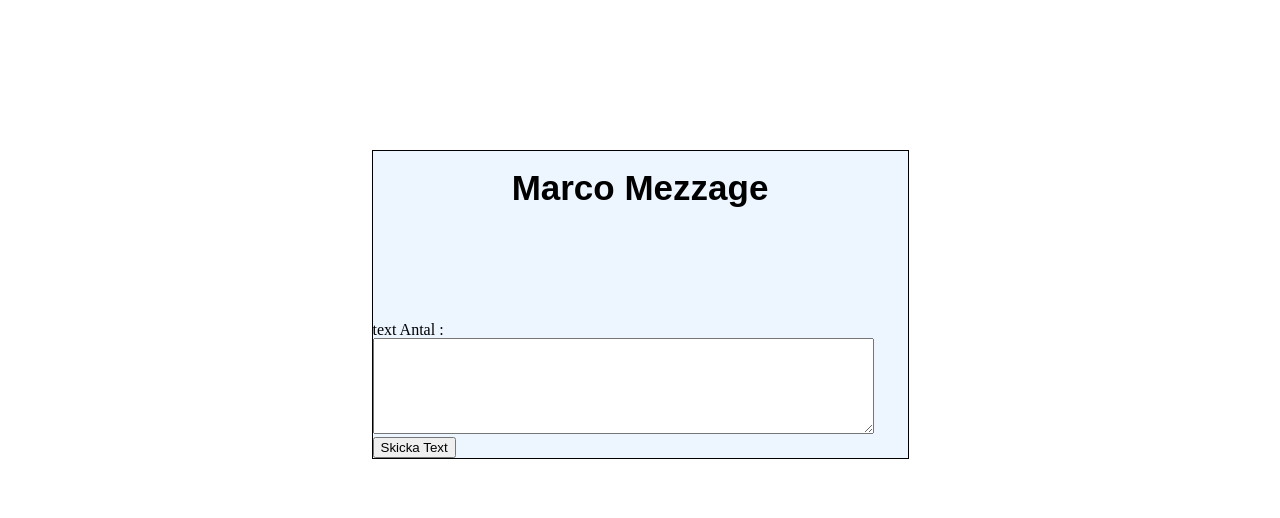
Repository: Marco30/1dv403-laborationer
Page: 2-labbymezzage/index.html
The author's editor kept a record of every edit. The page is drawn from the files as they stood at one moment, then again after the next edit.
The browser window is 1280 px wide. The pictures show the whole page.

Above is the page before.

After the next edit:
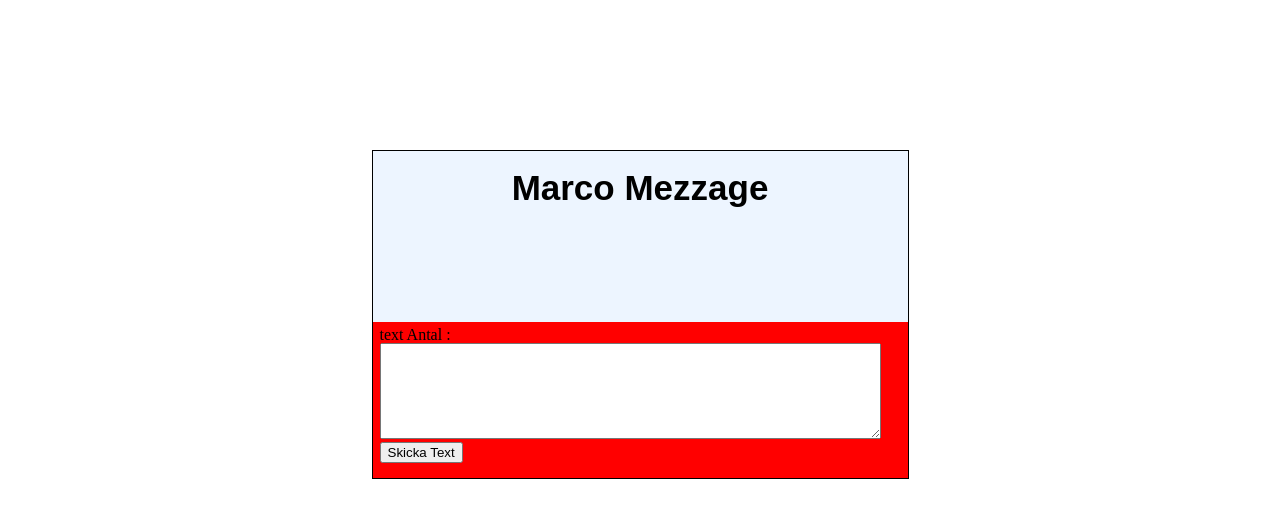
The edit:
--- a/2-labbymezzage/css/style.css
+++ b/2-labbymezzage/css/style.css
@@ -82,7 +82,7 @@
 
 }
 
-textruta
+#textruta
 {
     height: 151px;
 padding-top: 5px;
